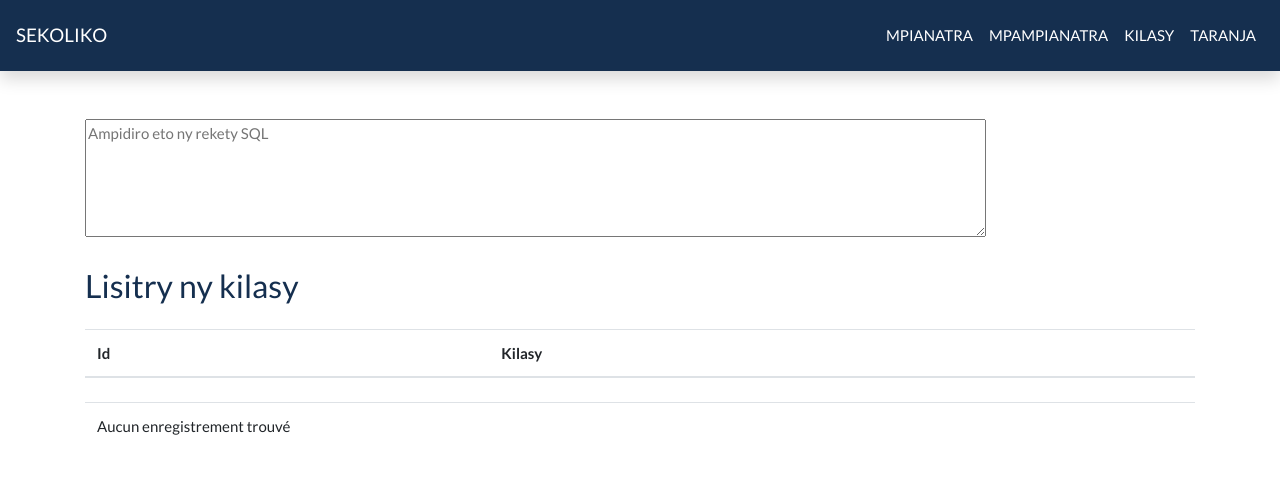
Repository: niainamahefa/j2ee-sekoliko
Page: http://localhost/Ecole/classe
These files come from the project's save history. The page is drawn as it stood at one moment and after the next save; the edit follows.
The browser window is 1280 px wide. The pictures show the whole page.
The page is served by Tomcat 9.

Above is the page before, as saved 2021-02-03 19:27:24.

After the next save:
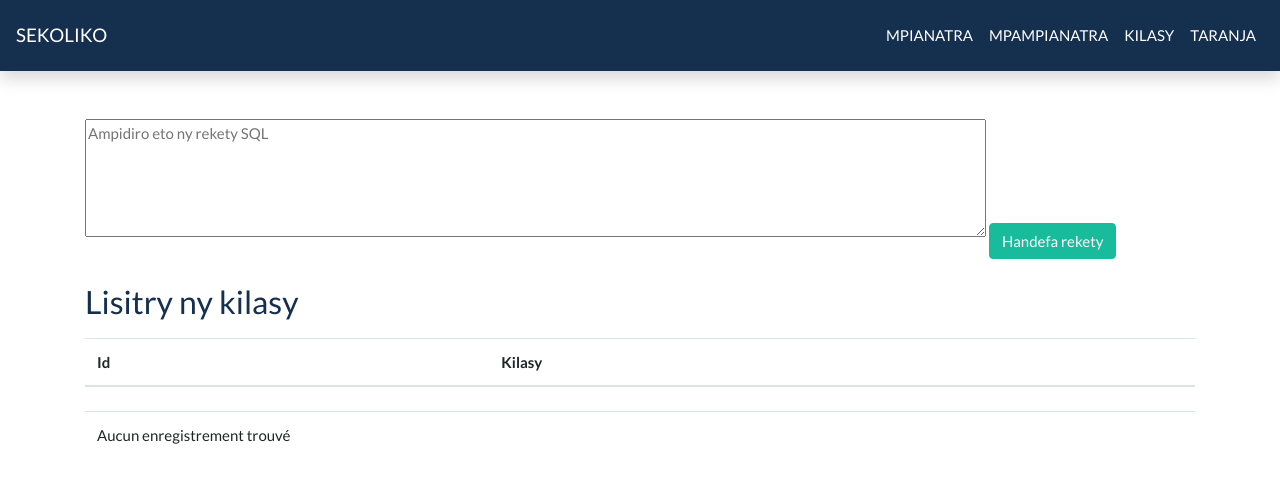
Saved 10 s later.
--- a/Ecole/WebContent/WEB-INF/classe.jsp
+++ b/Ecole/WebContent/WEB-INF/classe.jsp
@@ -35,8 +35,9 @@
 
     <div class="container mt-5">
     	<textarea name="" id="" cols="110" rows="5" placeholder="Ampidiro eto ny rekety SQL"></textarea>
-
-    	<table class="table mt-4 " id="table_charge">
+		<button class="btn btn-success mt-3" type="submit"> Handefa rekety
+        </button>
+    	<table class="table mt-3 " id="table_charge">
     	<h3 class="text-primary mt-4">Lisitry ny kilasy </h3>
                     <thead>
                         <tr>
